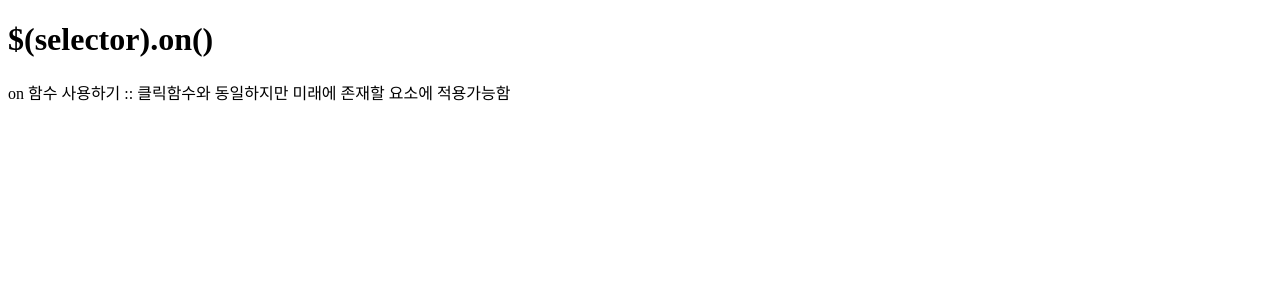
Repository: Migorithm/front_work
Page: front05_JQuery/src/main/webapp/3_event/jq07_on.html
These files come from the project's save history. The page is drawn as it stood at one moment and after the next save; the edit follows.
The browser window is 1280 px wide. The pictures show the whole page.
After loading, the first visible `div` was clicked once.

Above is the page before, as saved 2021-09-06 00:54:54.

After the next save:
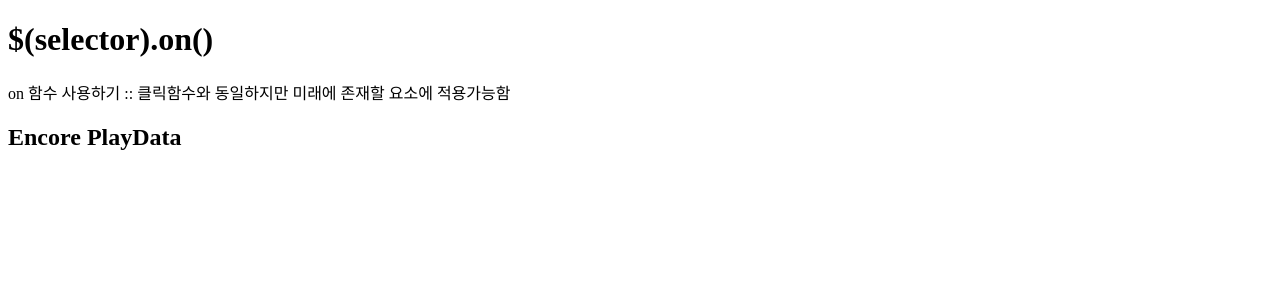
Saved 11 s later.
--- a/front05_JQuery/src/main/webapp/3_event/jq07_on.html
+++ b/front05_JQuery/src/main/webapp/3_event/jq07_on.html
@@ -12,7 +12,7 @@
 		//div영역을 클릭하면 함수 호출되도록 선택자와 함수를 연결
 		$("div").click(function(){
 			//p태그 부분에 <h2>Encore PlayData</h2> 을 append
-			$("this>p").append("<h2>Encore PlayData</h2>")
+			$("p").append("<h2>Encore PlayData</h2>")
 		});
 
 		});
